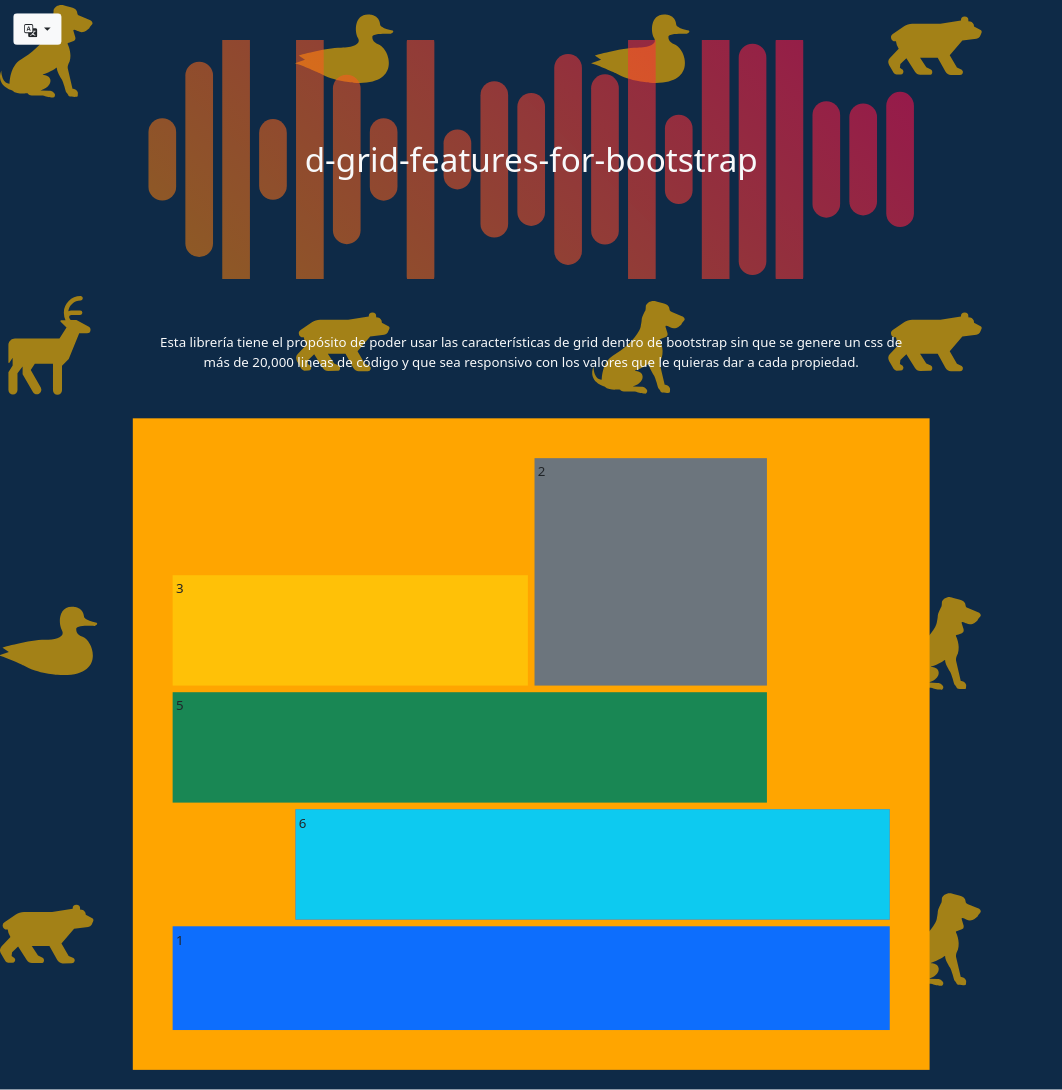
Repository: LynxPardelle/d-grid-features-for-bootstrap
Page: index.html
These files come from the project's save history. The page is drawn as it stood at one moment and after the next save; the edit follows.
The browser window is 1280 px wide. The pictures show the whole page, at 83% of full size.

Above is the page before, as saved 2022-06-22 18:36:11.
Not found: gfbs-styles.css

### index.html
<!DOCTYPE html>
<html lang="es">
  <head>
    <meta charset="UTF-8" />
    <meta http-equiv="X-UA-Compatible" content="IE=edge" />
    <meta name="viewport" content="width=device-width, initial-scale=1.0" />
    <meta name="author" content="Lynx Pardelle" />
    <title>d-grid-features-for-bootstrap</title>
    <link
      href="https://cdn.jsdelivr.net/npm/bootstrap@5.1.3/dist/css/bootstrap.min.css"
      rel="stylesheet"
      integrity="sha384-1BmE4kWBq78iYhFldvKuhfTAU6auU8tT94WrHftjDbrCEXSU1oBoqyl2QvZ6jIW3"
      crossorigin="anonymous"
    />
    <link rel="stylesheet" href="./style.css" />
    <link rel="stylesheet" href="./gfbs-styles.css" />
  </head>
  <body>
    <!-- Change Language -->
    <div class="dropdown">
      <button
        id="switch-lang"
        class="d-block btn btn-light text-dark position-fixed top-0 start-0 mt-3 ms-3 dropdown-toggle"
        type="button"
        id="dropDownLang"
        data-bs-toggle="dropdown"
        aria-expanded="false"
      >
        <svg
          xmlns="http://www.w3.org/2000/svg"
          width="16"
          height="16"
          fill="currentColor"
          class="bi bi-translate"
          viewBox="0 0 16 16"
        >
          <path
            d="M4.545 6.714 4.11 8H3l1.862-5h1.284L8 8H6.833l-.435-1.286H4.545zm1.634-.736L5.5 3.956h-.049l-.679 2.022H6.18z"
          />
          <path
            d="M0 2a2 2 0 0 1 2-2h7a2 2 0 0 1 2 2v3h3a2 2 0 0 1 2 2v7a2 2 0 0 1-2 2H7a2 2 0 0 1-2-2v-3H2a2 2 0 0 1-2-2V2zm2-1a1 1 0 0 0-1 1v7a1 1 0 0 0 1 1h7a1 1 0 0 0 1-1V2a1 1 0 0 0-1-1H2zm7.138 9.995c.193.301.402.583.63.846-.748.575-1.673 1.001-2.768 1.292.178.217.451.635.555.867 1.125-.359 2.08-.844 2.886-1.494.777.665 1.739 1.165 2.93 1.472.133-.254.414-.673.629-.89-1.125-.253-2.057-.694-2.82-1.284.681-.747 1.222-1.651 1.621-2.757H14V8h-3v1.047h.765c-.318.844-.74 1.546-1.272 2.13a6.066 6.066 0 0 1-.415-.492 1.988 1.988 0 0 1-.94.31z"
          />
        </svg>
      </button>
      <ul class="dropdown-menu" aria-labelledby="dropDownLang">
        <li>
          <button class="w-100 btn text-center" onclick="SwitchLang('es')">
            Español
          </button>
        </li>
        <hr />
        <li>
          <button class="w-100 btn text-center" onclick="SwitchLang('en')">
            English
          </button>
        </li>
      </ul>
    </div>

    <h1 class="text-center text-light my-5">d-grid-features-for-bootstrap</h1>

    <div class="text-center text-light p-3 my-3 w-75 mx-auto">
      <p lang="en">
        This library has the purpose of being able to use the grid features
        within bootstrap without generating a css of more than 20,000 lines of
        code and that is responsive with the values that you want to give to
        each property.
      </p>
      <p lang="es">
        Esta librería tiene el propósito de poder usar las características de
        grid dentro de bootstrap sin que se genere un css de más de 20,000
        lineas de código y que sea responsivo con los valores que le quieras dar
        a cada propiedad.
      </p>
    </div>

    <!-- <section class="d-grid bg-dark" data-gfbs data-gfbs-gtc="repeat(4, 1fr)" data-gfbs-gtr="repeat(2, 50px)" > -->
    <!-- <section class="d-grid bg-dark" data-gfbs data-gfbs-gta='"f f b c c a"" f f d e e a"'> -->
    <section
      class="d-grid w-75 mx-auto my-4"
      data-gfbs
      data-gfbs-custom="background-color: black; padding: 1rem;"
      data-gfbs-custom-sm="background-color: pink; padding: 2rem;"
      data-gfbs-custom-md="background-color: orange; padding: 3rem;"
      data-gfbs-gt='
      [row1-start] "a a b ." 12.5px [row1-end]
      [row2-start] "a a b ." 12.5px [row2-end]
      [row3-start] "c c b d" 12.5px [row3-end]
      [row4-start] "c c b d" 12.5px [row4-end]
      [row5-start] "e e e d" 12.5px [row5-end]
      [row6-start] "e e e d" 12.5px [row6-end]
      [row7-start] ". f f f" 12.5px [row7-end]
      [row8-start] ". f f f" 12.5px [row8-end]
      [row9-start] "g g g g" 25px [row9-end]
      / 2fr 1fr 1fr 3fr'
      data-gfbs-gt-sm='
      [row1-start] "a b b ." 25px [row1-end]
      [row2-start] "a b b ." 25px [row2-end]
      [row3-start] "c c c ." 25px [row3-end]
      [row4-start] "c c c ." 25px [row4-end]
      [row5-start] "e e d d" 25px [row5-end]
      [row6-start] "e e d d" 25px [row6-end]
      [row7-start] ". f f ." 25px [row7-end]
      [row8-start] ". f f ." 25px [row8-end]
      [row9-start] "g g g g" 50px [row9-end]
      / 1fr 2fr 2fr 1fr'
      data-gfbs-gt-md='
      [row1-start] "a a a b" 37.5px [row1-end]
      [row2-start] "a a a b" 37.5px [row2-end]
      [row3-start] "c c d d" 37.5px [row3-end]
      [row4-start] "c c d d" 37.5px [row4-end]
      [row5-start] "e e d d" 37.5px [row5-end]
      [row6-start] "e e d d" 37.5px [row6-end]
      [row7-start] "f f f f" 37.5px [row7-end]
      [row8-start] "g g g g" 37.5px [row8-end]
      [row9-start] "g g g g" 75px [row9-end]
      / 1fr 2fr 2fr 1fr'
      data-gfbs-gt-lg='
      [row1-start] "a a b ." 50px [row1-end]
      [row2-start] "a a b ." 50px [row2-end]
      [row3-start] "c c b d" 50px [row3-end]
      [row4-start] "c c b d" 50px [row4-end]
      [row5-start] "e e e d" 50px [row5-end]
      [row6-start] "e e e d" 50px [row6-end]
      [row7-start] ". f f f" 50px [row7-end]
      [row8-start] ". f f f" 50px [row8-end]
      [row9-start] "g g g g" 100px [row9-end]
      / 1fr 2fr 2fr 1fr'
      data-gfbs-gt-xl='
      [row1-start] "a a b ." 62.5px [row1-end]
      [row2-start] "a a b ." 62.5px [row2-end]
      [row3-start] "c c b d" 62.5px [row3-end]
      [row4-start] "c c b d" 62.5px [row4-end]
      [row5-start] "e e e d" 62.5px [row5-end]
      [row6-start] "e e e d" 62.5px [row6-end]
      [row7-start] ". f f f" 62.5px [row7-end]
      [row8-start] ". f f f" 62.5px [row8-end]
      [row9-start] "g g g g" 125px [row9-end]
      / 1fr 2fr 2fr 1fr'
      data-gfbs-gt-xxl='
      [row1-start] "a a b ." 87.5px [row1-end]
      [row2-start] "a a b ." 87.5px [row2-end]
      [row3-start] "c c b d" 87.5px [row3-end]
      [row4-start] "c c b d" 87.5px [row4-end]
      [row5-start] "e e e d" 87.5px [row5-end]
      [row6-start] "e e e d" 87.5px [row6-end]
      [row7-start] ". f f f" 87.5px [row7-end]
      [row8-start] ". f f f" 87.5px [row8-end]
      [row9-start] "g g g g" 150px [row9-end]
      / 1fr 2fr 2fr 1fr'
      data-gfbs-gap="0.5rem"
    >
      <!-- data-gfbs-cg="1rem"
      data-gfbs-rg="1rem" -->
      <div
        data-gfbs
        data-gfbs-iga="a"
        data-gfbs-iga-sm="g"
        class="bg-primary p-1"
      >
        1
      </div>

      <div data-gfbs data-gfbs-iga="b" class="bg-secondary p-1">2</div>
      <div data-gfbs data-gfbs-iga="c" class="bg-warning p-1">3</div>
      <div
        data-gfbs
        data-gfbs-iga="d"
        data-gfbs-iga-lg="f"
        class="bg-danger p-1"
      >
        4
      </div>
      <div data-gfbs data-gfbs-iga="e" class="bg-success p-1">5</div>
      <div data-gfbs data-gfbs-iga="f" data-gfbs-iga-md="a" class="bg-info p-1">
        6
      </div>
    </section>

    <script
      src="https://cdn.jsdelivr.net/npm/bootstrap@5.1.3/dist/js/bootstrap.bundle.min.js"
      integrity="sha384-ka7Sk0Gln4gmtz2MlQnikT1wXgYsOg+OMhuP+IlRH9sENBO0LRn5q+8nbTov4+1p"
      crossorigin="anonymous"
    ></script>
    <script src="./d-grid.js"></script>
    <script src="./langChanger.js"></script>
  </body>
</html>

### d-grid.js
"use strict";

let alreadyCreatedClasses = [];
let alreadyCreatedClassesNames = [];

async function GridCreate() {
  try {
    let sheets = [...document.styleSheets];
    let filetedSheet = [];
    for (let sheet of sheets) {
      if (sheet.href?.includes("gfbs-styles")) {
        filetedSheet.push(sheet);
      }
    }
    sheets = filetedSheet;
    let startTimeGridCreat = performance.now();
    // let wWidth = window.innerWidth;
    let gridElements = document.querySelectorAll("[data-gfbs]");
    let gfbsStringed = "";
    let gfbsStringedSM = "";
    let gfbsStringedMD = "";
    let gfbsStringedLG = "";
    let gfbsStringedXl = "";
    let gfbsStringedXXL = "";
    for (let gridElement of gridElements) {
      let newClasses = [];
      for (let attribute of gridElement.attributes) {
        let at = attribute.localName;
        let attValue = attribute.value;

        if (at.includes("gfbs-")) {
          let gfb = at.replace("data-", "");
          let newRandomClassName;
          do {
            newRandomClassName = await randomString(8);
          } while (
            alreadyCreatedClassesNames.includes(`${gfb}-${newRandomClassName}`)
          );
          let gfbStringed = `.${gfb}-${newRandomClassName}`;
          let aCrClMessage;
          for (let aCrCl of alreadyCreatedClasses) {
            let aClass = aCrCl.split("DIVISOR")[0];
            let aAttVal = aCrCl.split("DIVISOR")[1];
            if (attValue === aAttVal) {
              newClasses.push(aClass);
              aCrClMessage = "continue";
            }
          }
          if (aCrClMessage === "continue") {
            continue;
          }
          /* let cssRules = sheets.map((s) =>
            [...s.cssRules]
              .reverse()
          );
          console.log(cssRules); */
          if (
            sheets
              .map((s) =>
                [...s.cssRules]
                  .reverse()
                  .find((i) => i.cssText.includes(gfbStringed))
              )
              .filter((i) => i)
              .pop()
          ) {
            continue;
          }
          alreadyCreatedClasses.push(
            `${gfb}-${newRandomClassName}DIVISOR${attValue}`
          );
          newClasses.push(`${gfb}-${newRandomClassName}`);
          let gfbSplited = await gfb.split("-");
          let hasBP = false;
          let property = gfbSplited[1];
          if (
            gfbSplited[2] === "sm" ||
            gfbSplited[2] === "md" ||
            gfbSplited[2] === "lg" ||
            gfbSplited[2] === "xl" ||
            gfbSplited[2] === "xxl"
          ) {
            hasBP = true;
          }
          // attValue = attValue.replace(/\n/g, "").replace(/\s\s/g, "");
          switch (property) {
            // Container
            case "custom":
              gfbStringed += `{${attValue}}`;
              break;
            case "gtc":
              gfbStringed += `{grid-template-columns:${attValue};}`;
              break;
            case "gtr":
              gfbStringed += `{grid-template-rows:${attValue};}`;
              break;
            case "gta":
              gfbStringed += `{grid-template-areas:${attValue};}`;
              break;
            case "gt":
              gfbStringed += `{grid-template:${attValue};}`;
              break;
            case "cg":
              gfbStringed += `{column-gap:${attValue};}`;
              break;
            case "rg":
              gfbStringed += `{row-gap:${attValue};}`;
              break;
            case "gap":
              gfbStringed += `{gap:${attValue};}`;
              break;
            case "ji":
              gfbStringed += `{justify-items:${attValue};}`;
              break;
            case "ai":
              gfbStringed += `{align-items:${attValue};}`;
              break;
            case "pi":
              gfbStringed += `{place-items:${attValue};}`;
              break;
            case "jc":
              gfbStringed += `{justify-content:${attValue};}`;
              break;
            case "ac":
              gfbStringed += `{align-content:${attValue};}`;
              break;
            case "pc":
              gfbStringed += `{place-content:${attValue};}`;
              break;
            case "gac":
              gfbStringed += `{grid-auto-columns:${attValue};}`;
              break;
            case "gar":
              gfbStringed += `{grid-auto-rows:${attValue};}`;
              break;
            case "gaf":
              gfbStringed += `{grid-auto-flow:${attValue};}`;
              break;
            case "grid":
              gfbStringed += `{grid:${attValue};}`;
              break;

            // Item
            case "gcs":
              gfbStringed += `{grid-column-start:${attValue};}`;
              break;
            case "gce":
              gfbStringed += `{grid-column-end:${attValue};}`;
              break;
            case "gc":
              gfbStringed += `{grid-column:${attValue};}`;
              break;
            case "grs":
              gfbStringed += `{grid-row-start:${attValue};}`;
              break;
            case "gre":
              gfbStringed += `{grid-row-end:${attValue};}`;
              break;
            case "gr":
              gfbStringed += `{grid-row:${attValue};}`;
              break;
            case "iga":
              gfbStringed += `{grid-area:${attValue};}`;
              break;
            case "js":
              gfbStringed += `{justify-self:${attValue};}`;
              break;
            case "as":
              gfbStringed += `{align-self:${attValue};}`;
              break;
            case "ps":
              gfbStringed += `{place-self:${attValue};}`;
              break;
          }
          for (let cssProperty of gfbStringed.split(";")) {
            if (!cssProperty.includes("!important") && cssProperty.length > 5) {
              gfbStringed = gfbStringed.replace(
                cssProperty,
                cssProperty + " !important"
              );
            }
          }

          if (gfbStringed.includes("{") && gfbStringed.includes("}")) {
            if (hasBP === true) {
              // gfbStringed = gfbStringed.replace(/\//g, "");
              switch (gfbSplited[2]) {
                case "sm":
                  gfbsStringedSM += gfbStringed;
                  break;
                case "md":
                  gfbsStringedMD += gfbStringed;
                  break;
                case "lg":
                  gfbsStringedLG += gfbStringed;
                  break;
                case "xl":
                  gfbsStringedXl += gfbStringed;
                  break;
                case "xxl":
                  gfbsStringedXXL += gfbStringed;
                  break;
              }
            } else {
              gfbsStringed += gfbStringed + "DIVGFB";
            }
          }
        }
      }
      /* Here gridElement will get the newClasses */
      for (let newClass of newClasses) {
        gridElement.classList.add(newClass.split("DIVISOR")[0]);
      }
    }
    if (gfbsStringed !== "") {
      for (let gfb of gfbsStringed.split("DIVGFB")) {
        if (gfb !== "") {
          await createCSSRules(gfb);
        }
      }
    }
    if (gfbsStringedSM !== "") {
      await createCSSRules(
        `@media only screen and (min-width: 576px) {${gfbsStringedSM}}`
      );
    }
    if (gfbsStringedMD !== "") {
      await createCSSRules(
        `@media only screen and (min-width: 768px) {${gfbsStringedMD}}`
      );
    }
    if (gfbsStringedLG !== "") {
      await createCSSRules(
        `@media only screen and (min-width: 992px) {${gfbsStringedLG}}`
      );
    }
    if (gfbsStringedXl !== "") {
      await createCSSRules(
        `@media only screen and (min-width: 1200px) {${gfbsStringedXl}}`
      );
    }
    if (gfbsStringedXXL !== "") {
      await createCSSRules(
        `@media only screen and (min-width: 1400px) {${gfbsStringedXXL}}`
      );
    }
    var endTimeGridCreat = performance.now();
    let gfbTimer = document.getElementById("gfbTimer");
    if (gfbTimer) {
      console.log(
        `Call to GridCreat() took ${
          endTimeGridCreat - startTimeGridCreat
        } milliseconds`
      );
      gfbTimer.innerHTML = `
      <p class="my-0">
      Call to GridCreat() took ${
        endTimeGridCreat - startTimeGridCreat
      } milliseconds
      </p>
      `;
    }
  } catch (err) {
    console.log(err);
  }
}
async function createCSSRules(rule) {
  try {
    let sheets = [...document.styleSheets];
    let filetedSheet = [];
    for (let sheet of sheets) {
      if (sheet.href?.includes("gfbs-styles")) {
        filetedSheet.push(sheet);
      }
    }
    sheets = filetedSheet;
    let sheet;
    if (sheets[sheets.length - 1]) {
      sheet = sheets[sheets.length - 1];
    } else {
      sheet = sheets.pop();
    }
    let ruleI;
    ruleI = rule;
    let selector = "";
    let props = "";
    let propsArr = [];
    let ruleOriginal = "";
    if (ruleI && !ruleI.split("{")[0].includes("@media")) {
      selector = ruleI.split("{")[0];
      // CSS (& HTML) reduce spaces in selector to one.
      selector = selector.replace("\n", "").replace(/\s+/g, " ");
      let findRule = (s) =>
        [...s.cssRules].reverse().find((i) => i.cssText.includes(selector));
      ruleOriginal = await sheets
        .map(findRule)
        .filter((i) => i)
        .pop();

      props = ruleI.split("{")[1].split("}")[0];
      props = props.trim();
      if (props.lastIndexOf(";") === props.length - 1) {
        props = props.substring(0, props.length - 1);
      }
      if (props.includes("\n")) {
        let propsN = "";
        props.split("\n").forEach((prop) => {
          prop = prop.trim();
          propsN += " " + prop;
        });
        props = propsN.trim();
      }
      propsArr = props.split(/\s*;\s*/).map((i) => i.split(/\s*:\s*/));
    } else {
      let i = 0;
      let newRule = {
        rule: "",
        prop: "",
      };
      for (let ruleISplit of ruleI.split("{")) {
        if (i === 0) {
          ruleOriginal = [];
          i++;
          continue;
        }
        selector = ruleISplit.includes("}")
          ? ruleISplit.split("}")[ruleISplit.split("}").length - 1]
          : ruleISplit;
        // CSS (& HTML) reduce spaces in selector to one.
        if (selector !== "") {
          selector = selector.replace("\n", "").replace(/\s+/g, " ");
          let findRule = (s) =>
            [...s.cssRules].reverse().find((i) => i.cssText.includes(selector));
          let posibleRule = await sheets
            .map(findRule)
            .filter((i) => i)
            .pop();

          if (posibleRule != undefined) {
            newRule.rule = posibleRule;
          }
        } else {
          props = ruleISplit.includes("}")
            ? ruleISplit.split("}")[0]
            : ruleISplit;

          // CSS (& HTML) reduce spaces in selector to one.
          if (props !== "") {
            props = props.replace("\n", "").replace(/\s+/g, " ");
            if (props.lastIndexOf(";") === props.length - 1) {
              props = props.substring(0, props.length - 1);
            }
            if (props.includes("\n")) {
              let propsN = "";
              props.split("\n").forEach((prop) => {
                prop = prop.trim();
                propsN += " " + prop;
              });
              props = propsN.trim();
            }
            let propArr = props.split(/\s*;\s*/).map((i) => i.split(/\s*:\s*/));
            if (newRule.rule != "") {
              newRule.prop = propArr;
              ruleOriginal.push(newRule);
              newRule = {
                rule: "",
                prop: "",
              };
            }
          }
        }
      }
    }
    if (
      (typeof ruleOriginal === "string" && ruleOriginal !== "") ||
      (typeof ruleOriginal === "object" && ruleOriginal[0])
    ) {
      if (ruleOriginal[0]) {
        for (let ruleO of ruleOriginal) {
          console.log(ruleO);
          for (let [prop, val] of ruleO.prop) {
            console.log(prop);
            console.log(val);
            prop = prop
              .replace(/-(.)/g, (a) => {
                return a.toUpperCase();
              })
              .replace(/-/g, "");
            console.log(ruleO.rule);
            ruleO.rule.cssRules[0].style[prop] = await val.split(
              / *!(?=important)/
            );
            console.log(ruleO.rule.cssRules[0]);
          }
        }
      } else {
        for (let [prop, val] of propsArr) {
          console.log(prop);
          prop = prop
            .replace(/-(.)/g, (a) => {
              return a.toUpperCase();
            })
            .replace(/-/g, "");
          ruleOriginal.style[prop] = val.split(/ *!(?=important)/);
        }
      }
    } else {
      await sheet.insertRule(ruleI, sheet.cssRules.length);
    }
  } catch (err) {
    console.log(err);
  }
}

async function randomString(length) {
  let result = "";
  const characters =
    "ABCDEFGHIJKLMNOPQRSTUVWXYZabcdefghijklmnopqrstuvwxyz0123456789";
  const charactersLength = characters.length;
  for (let i = 0; i < length; i++) {
    result += characters.charAt(Math.floor(Math.random() * charactersLength));
  }
  return result;
}

/* const checkIfHasBP = (gridElement, atr) => {
    let hasIt = false;
    for (let attribute of gridElement.attributes) {
      let at = attribute.localName;
      if (at.includes(atr)) {
        switch (true) {
          case "-sm" && wWidth >= 576 && wWidth < 768:
            hasIt = true;
            break;
          case "-md" && wWidth >= 768 && wWidth < 992:
            hasIt = true;
            break;
          case "-lg" && wWidth >= 992 && wWidth < 1200:
            hasIt = true;
            break;
          case "-xl" && wWidth >= 1200 && wWidth < 1400:
            hasIt = true;
            break;
          case "-xxl" && wWidth >= 1400:
            hasIt = true;
            break;
        }
      }
    }

    return hasIt;
  }; */

if (window) {
  window.onload = GridCreate();
  window.addEventListener("resize", GridCreate);
}

if (typeof exports != "undefined") {
  exports.GridCreate = GridCreate(() => {
    GridCreate();
  });
  exports.createCSSRules = exportcreateCSSRules((rule) => {
    return createCSSRules(rule);
  });
}

### langChanger.js
let currentLang = document.documentElement.lang;

let elementsEs = document.querySelectorAll('[lang="es"]');
let elementsEn = document.querySelectorAll('[lang="en"]');

if(currentLang === "en"){
  for (let element of elementsEs) {
    element.classList.add("d-none");
  }
} else {
  for (let element of elementsEn) {
    element.classList.add("d-none");
  }
}

// document.getElementById("switch-lang").addEventListener("click", SwitchLang());
function SwitchLang(lang) {
  currentLang = lang;
  document.documentElement.lang = lang;
  switch (true) {
    case currentLang === "es":
      document.documentElement.lang = "es";
      for (let element of elementsEn) {
        if (!hasClass(element, "d-none") && element.nodeName !== "HTML") {
          element.classList.add("d-none");
        }
      }
      for (let element of elementsEs) {
        if (hasClass(element, "d-none")) {
          element.classList.remove("d-none");
        }
      }
      break;
    case currentLang === "en":
      document.documentElement.lang = "en";
      for (let element of elementsEs) {
        if (!hasClass(element, "d-none") && element.nodeName !== "HTML") {
          element.classList.add("d-none");
        }
      }
      for (let element of elementsEn) {
        if (hasClass(element, "d-none")) {
          element.classList.remove("d-none");
        }
      }
      break;
  }
}

function hasClass(element, className) {
  return (" " + element.className + " ").indexOf(" " + className + " ") > -1;
}

Loaded but not shown: style.css (library)

After the next save:
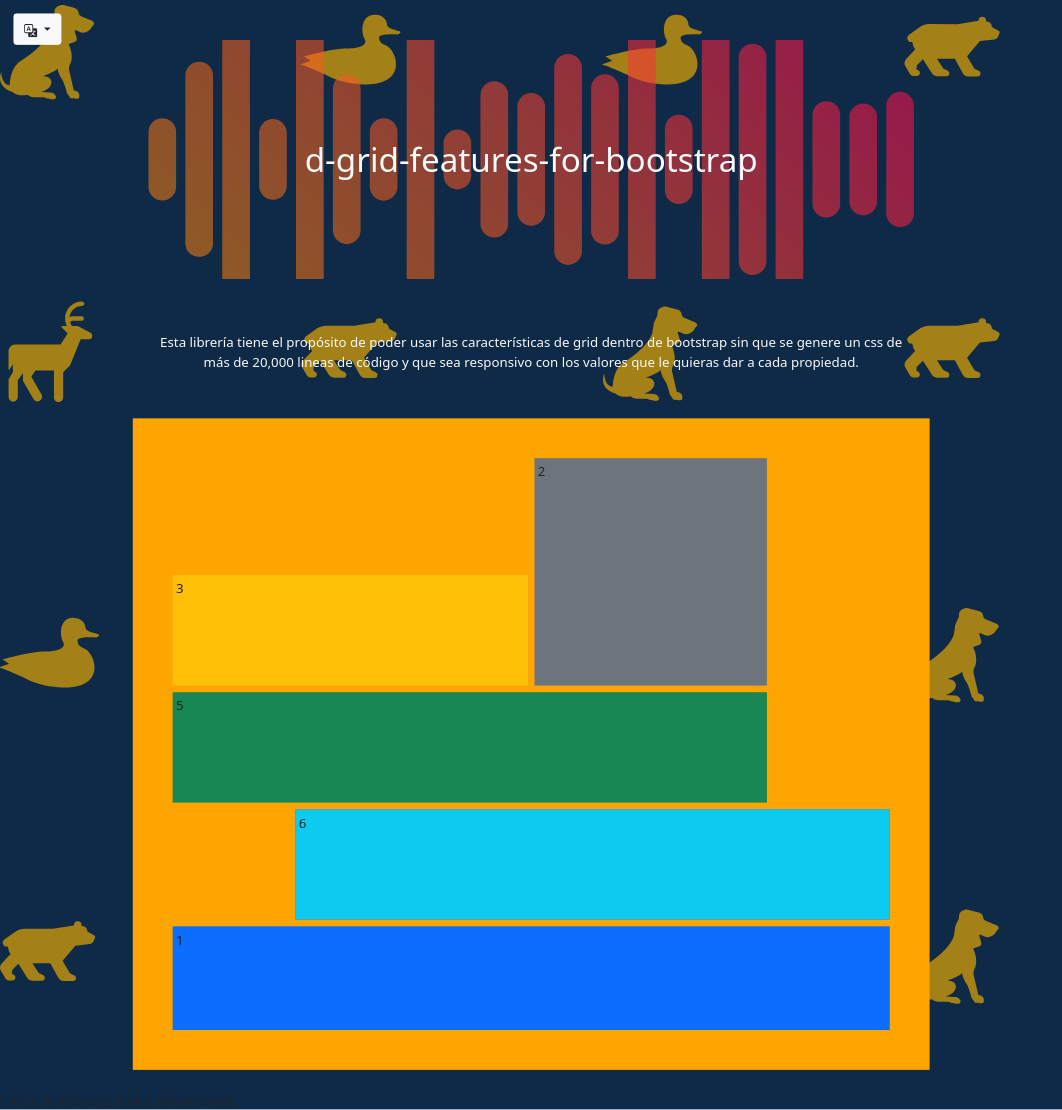
Saved 2 min 41 s later.
--- a/index.html
+++ b/index.html
@@ -177,6 +177,10 @@
       </div>
     </section>
 
+    <footer>
+      <div id="gfbTimer"></div>
+    </footer>
+
     <script
       src="https://cdn.jsdelivr.net/npm/bootstrap@5.1.3/dist/js/bootstrap.bundle.min.js"
       integrity="sha384-ka7Sk0Gln4gmtz2MlQnikT1wXgYsOg+OMhuP+IlRH9sENBO0LRn5q+8nbTov4+1p"
